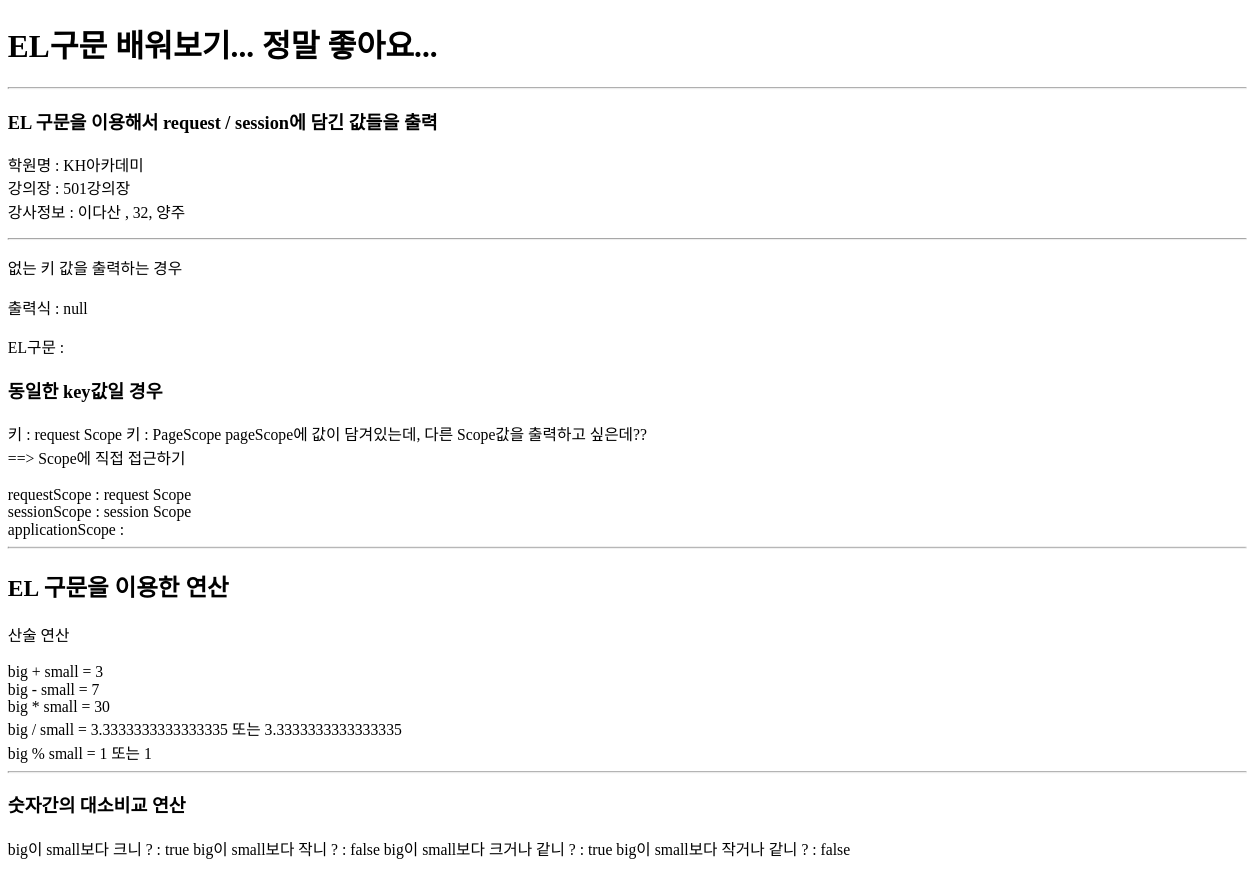
Repository: ham-zi/front-practice
Page: http://localhost/ActionProject/el.do
These files come from the project's save history. The page is drawn as it stood at one moment and after the next save; the edit follows.
The browser window is 1280 px wide. The pictures show the whole page, at 98% of full size.
The page is served by Tomcat 9. Other server files are loaded and not shown.

Above is the page before, as saved 2026-05-06 06:29:41.

### dynamic-workspace/ActionProject/src/main/webapp/WEB-INF/views/01_el.jsp
<%@ page language="java" contentType="text/html; charset=UTF-8"
    pageEncoding="UTF-8"%>
<%@ page import="com.kh.el.model.dto.Person" %>


<!DOCTYPE html>
<html>
<head>
<meta charset="UTF-8">
<title>초강력 JSP</title>
</head>
<body>
<!-- 외부에서 접근할 수 없게 WEB-INF에 넣는다. -->
	<h1> EL구문 배워보기... 정말 좋아요...</h1>

	<%--
	<%
		String classRoom = (String)request.getAttribute("classRoom");
		Person student = (Person)request.getAttribute("student");

		String academy = (String)session.getAttribute("academy");
		Person lecture = (Person)session.getAttribute("lecture");


	%>
		JSP 주석이 따로 있다.

		<!--는 단순히 문자열일뿐 주석이 아니다.


	<p>
		학원명 : <%= academy %> <br>
		강의장 : <%= academy %> <br>
		강사정보 : <%= lecture.getName() %>, <%= lecture.getAge() %>, <%= lecture.getAddress() %> <br><br>

		수강생의 정보
		<!--통신은 흐름을 생각해야함,
			클라이언트의 요청을 하면서 흐름이 시작됨


		 -->
		<ul>
			<li> 이름 : <%=student.getName() %></li>
			<li> 나이 : <%=student.getAge() %></li>
			<li> 주소 : <%=student.getAddress() %></li>
		</ul>
	</p>

	자바와 자바스크립트는 연관이 전혀없다.


	 --%>

	 <hr>

	 <h3> EL 구문을 이용해서 request / session에 담긴 값들을 출력</h3>

	 <p>
	 	학원명 : ${ academy } <br>
	 	강의장 : ${ classRoom } <br>
	 	강사정보 : ${ lecture.name } , ${lecture.age}, ${ lecture.address } <br>
	 		<!-- getName()을 호출하는거구나. -->

	 	<!--
	 		실제로 필드에 직접 접근하는 것은 불가능하다.
	 		.name => getName()를 호출

	 		내부적으로 getter 메소드를 찾아서 호출해서 값을 출력하는 구조

	 	 -->

	 </p>


	<hr>

	 <p>없는 키 값을 출력하는 경우</p>

	<p> 출력식 : <%= request.getAttribute("classRom") %></p>
	<p> EL구문 : ${classRom } <!-- 오타가 빈문자열로 나옴, 꼼꼼하게 확인할것  -->


	<h3>동일한 key값일 경우</h3>

	키 : ${ key }

	<%
		//page Scope 에 추가
		pageContext.setAttribute("key", "PageScope");
	%>
	키 : ${ key }

	<!--
		EL구문은 가장 작은 범위의 scope부터 키값을 찾음
		page => request => session => applicaiton순으로 키 값을 검색

		모든 영역을 다 찾았는데 키 값을 찾지 못했으면 => "", 아무일도 일어나지 않음 => 오류가 안남


		요새 컴퓨팅자원이 좋아서 requestScope.key <- 명시를안하긴하는데 key
		스코프를 적어주는게 더 좋다.
	 -->
	 pageScope에 값이 담겨있는데, 다른 Scope값을 출력하고 싶은데??<br>

	 ==> Scope에 직접 접근하기 <br><br>

	 requestScope :  ${ requestScope.key }	<br>
	 sessionScope :	 ${ sessionScope.key }	<br>
	 applicationScope : ${ applicationScope.key } <br>

	 <hr>

	 <h2> EL 구문을 이용한 연산</h2>

	 <p></p>

	 	산술 연산 <br><br>

	 	big + small = ${ bit + small }<br>
	 	big - small = ${ big - small }<br>
	 	big * small = ${ big * small }<br>
	 	big / small = ${ big / small } 또는 ${ big div small }<br>
	 	big % small = ${ big % small } 또는 ${ big mod small }<br>
	 	<!-- 결과는 동일하지만 div/mod를 쓰는것을 권장한다... -->

	 <hr>

	 <h3> 숫자간의 대소비교 연산 </h3>

	 <p>
	 	big이 small보다 크니 ? : ${ big > small}
	 	big이 small보다 작니 ? : ${ big < small }
	 	big이 small보다 크거나 같니 ? : ${ big >= small }
	 	big이 small보다 작거나 같니 ? : ${ big <= small }

	 </p>
</body>
</html>

### dynamic-workspace/ActionProject/src/main/java/com/kh/el/controller/ElServlet.java
package com.kh.el.controller;

import java.io.IOException;
import java.util.ArrayList;

import javax.servlet.ServletException;
import javax.servlet.annotation.WebServlet;
import javax.servlet.http.HttpServlet;
import javax.servlet.http.HttpServletRequest;
import javax.servlet.http.HttpServletResponse;
import javax.servlet.http.HttpSession;

import com.kh.el.model.dto.Person;


@WebServlet("/el.do")
public class ElServlet extends HttpServlet {
	private static final long serialVersionUID = 1L;


    public ElServlet() {
        super();
    }


	protected void doGet(HttpServletRequest request, HttpServletResponse response) throws ServletException, IOException {
		// 만약 서블릿에서 응답할 데이터가 존재한다면
		// JSP로 포워딩할 때 request.setAttribute("name값","Value값") -> foword
		// request -> Servlet내장 객체 / Scope객체라고 표현한다

		// application / ★session★ / ★request★ / page

		/* 큰 순서
		 * 1. application scope : ServletContext
		 * : 한 애플리케이션 당 '한 개' 존재하는 객체, 이 프로젝트 안에서 어디서든 사용할 수 있다
		 * 이 영역에 데이터를 담으면 애플리케이션 전역에서 사용 가능 ( 공유 범위가 매우 넓음 )
		 *
		 * 2. session scope : HttpSession
		 * : 하나의 브라우저 당 '한 개' 존재하는 객체,
		 * 이 영역에 데이터를 담으면 JSP / Servlet단에서 사용 가능
		 * 값이 한 번 담기면 서버를 멈추거나, 세션을 비우거나, 브라우저가 닫히기 전까지는 계속 사용 가능하다
		 *
		 * 3. request scope : HttpServletRequest
		 * 요청 및 응답 시 매 번 생성되는 객체
		 * 이 영역에 데이터를 담으면 해당 request를 포워딩 받는 응답 JSP에서만 사용이 가능(1회성)
		 *
		 *
		 * 4. page scope : PageContext
		 * JSP페이지에서만 사용가능
		 *
		 *=> 위 객체들에 속성을 추가할 때는 .setAttribute("name값", 벨류);
		 *						     .setAttribute("name값");
		 *							 .removeAttribute("name값");
		 *로그인 같은 경우 request가 아닌 session에 저장되어야 한다.
		 *
		 *로그인은 다양한 방법의 로그인이 있다.
		 *
		 *
		 *
		 *
		 */
		//DB에서 작업한 요청 처리 결과
		//DTO(VO) 한 개, List<DTO>, int(결과값), String


		//requestScope
		request.setAttribute("classRoom", "501강의장");
		request.setAttribute("student", new Person("홍길동",15,"한양"));


		//sessionScope
		HttpSession session = request.getSession();
		session.setAttribute("academy", "KH아카데미");
		session.setAttribute("lecture", new Person("이다산",32,"양주"));


		//동일한 key
		request.setAttribute("key", "request Scope");
		session.setAttribute("key", "session Scope");


		// 숫자
		request.setAttribute("small", 3);
		request.setAttribute("big", 10);


		//문자열
		request.setAttribute("strOne", "안녕");
		request.setAttribute("strTwo", new String("안녕"));

		//객체
		request.setAttribute("obj", new Person("콩쥐",20,"콩쥐네"));

		//리스트
		request.setAttribute("list", new ArrayList());




		//응답 뷰 배정-> 포워딩
		request.getRequestDispatcher("/WEB-INF/views/01_el.jsp").forward(request, response);

	}


	protected void doPost(HttpServletRequest request, HttpServletResponse response) throws ServletException, IOException {
		doGet(request, response);
	}

}

### dynamic-workspace/ActionProject/src/main/java/com/kh/el/model/dto/Person.java
package com.kh.el.model.dto;

public class Person {
	private String name;
	private int age;
	private String address;
	public Person() {
		super();
	}
	public Person(String name, int age, String address) {
		super();
		this.name = name;
		this.age = age;
		this.address = address;
	}
	public String getName() {
		return name;
	}
	public void setName(String name) {
		this.name = name;
	}
	public int getAge() {
		return age;
	}
	public void setAge(int age) {
		this.age = age;
	}
	public String getAddress() {
		return address;
	}
	public void setAddress(String address) {
		this.address = address;
	}
	@Override
	public String toString() {
		return "Person [name=" + name + ", age=" + age + ", address=" + address + "]";
	}



}

After the next save:
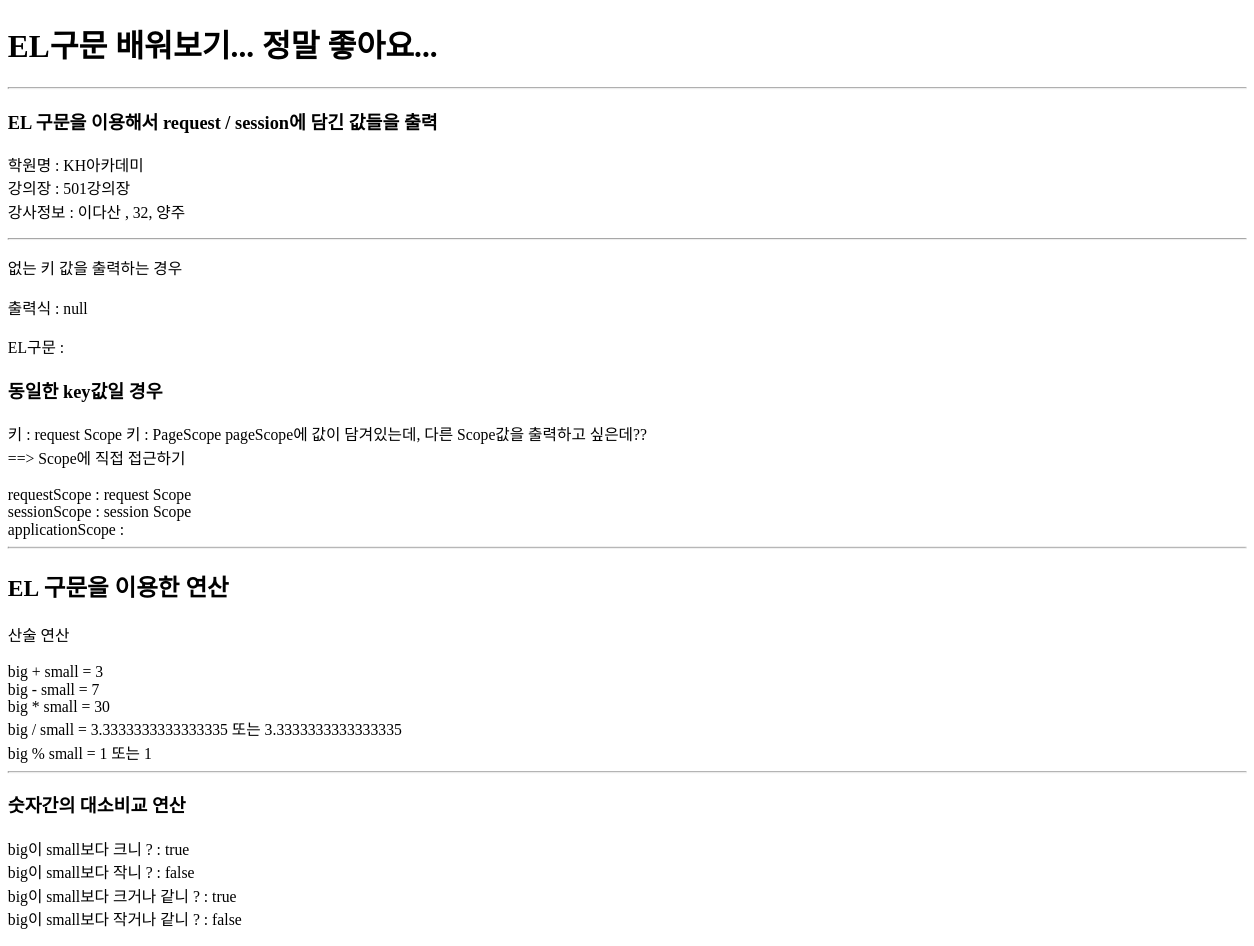
Saved 67 s later.
--- a/dynamic-workspace/ActionProject/src/main/webapp/WEB-INF/views/01_el.jsp
+++ b/dynamic-workspace/ActionProject/src/main/webapp/WEB-INF/views/01_el.jsp
@@ -128,11 +128,10 @@
 	 <h3> 숫자간의 대소비교 연산 </h3>
 
 	 <p>
-	 	big이 small보다 크니 ? : ${ big > small}
-	 	big이 small보다 작니 ? : ${ big < small }
-	 	big이 small보다 크거나 같니 ? : ${ big >= small }
-	 	big이 small보다 작거나 같니 ? : ${ big <= small }
-
+	 	big이 small보다 크니 ? : ${ big > small } <br>
+	 	big이 small보다 작니 ? : ${ big < small } <br>
+	 	big이 small보다 크거나 같니 ? : ${ big >= small } <br>
+	 	big이 small보다 작거나 같니 ? : ${ big <= small } <br>
 	 </p>
 </body>
 </html>
